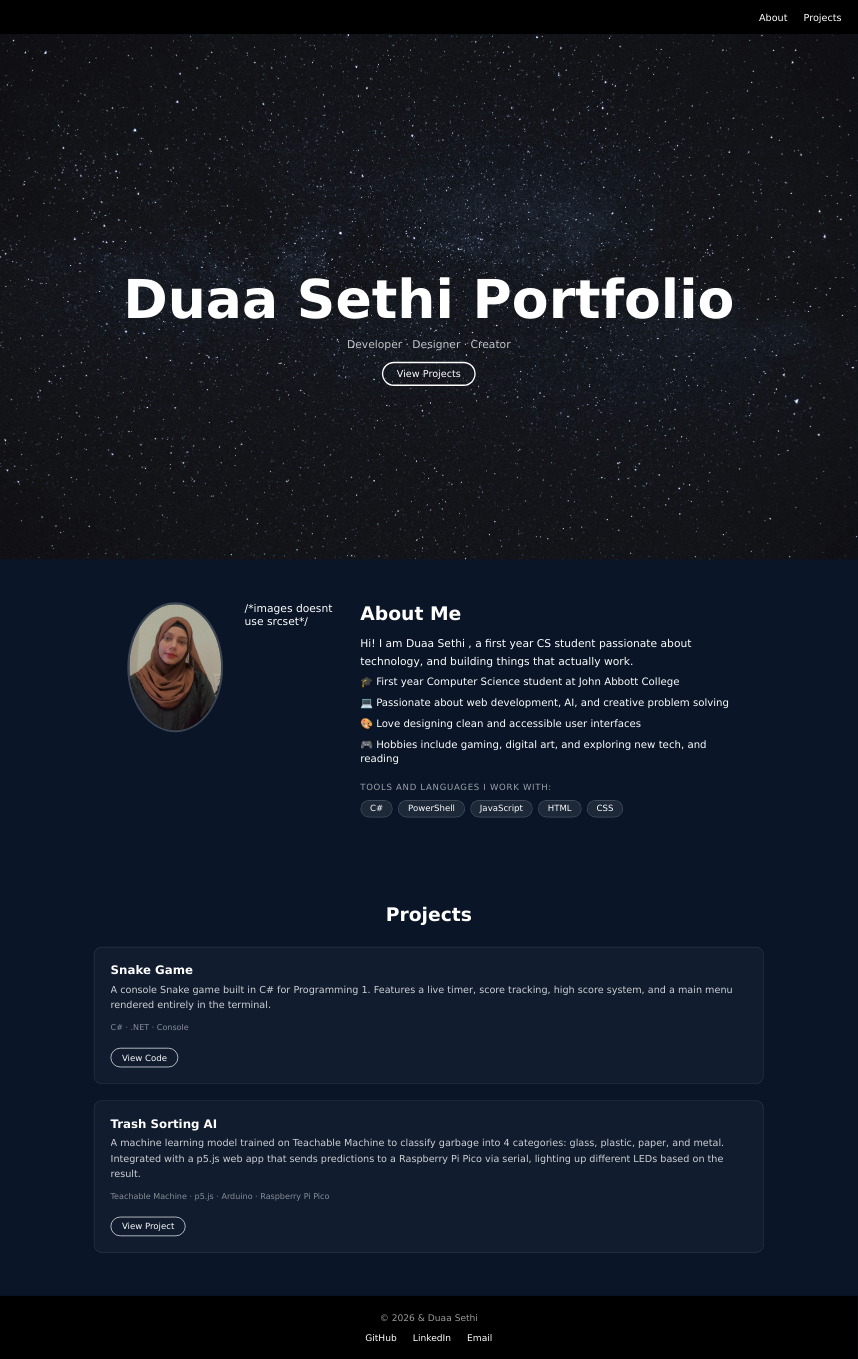
Repository: Duaa-Sethi/Duaa-Sethi
Page: index.html
An editor plug-in stored every save of this project. The page is shown before and after the next save, followed by the edit.
The browser window is 1280 px wide. The pictures show the whole page, at 67% of full size.
Some web fonts or font styles are not loaded; a fallback is used.

Above is the page before, as saved 2026-05-06 12:56:05.

### index.html
<!doctype html>
<html lang="en">
  <head>
    <meta charset="UTF-8" />
    <meta name="viewport" content="width=device-width, initial-scale=1.0" />
    <title>Dua Portfolio</title>
    <link rel="stylesheet" href="./styles/index.css" />
    <link rel="stylesheet" href="./styles/globals.css" />
  </head>
  <body>
    <!-- NAV -->
    <nav>
      <ul>
        <li><a href="#about">About</a></li>
        <li><a href="#projects">Projects</a></li>
      </ul>
    </nav>

    <!-- HERO -->
    <section class="hero">
      <article>
        <h1>Duaa Sethi Portfolio</h1>
        <p>Developer · Designer · Creator</p>
        <a href="#projects">View Projects</a>
      </article>
    </section>

    <!-- ABOUT -->
    <section class="about" id="about">
      <img src="./assets/images/Dua Sethi.jpeg" alt="Photo of Duaa Sethi" /> /*images doesnt use srcset*/
      <div class="about-text">
        <h2>About Me</h2>
        <p class="about-intro">
          Hi! I am Duaa Sethi , a first year CS student passionate about
          technology, and building things that actually work.
        </p>

        <ul class="about-list">
          <li>🎓 First year Computer Science student at John Abbott College</li>
          <li>
            💻 Passionate about web development, AI, and creative problem
            solving
          </li>
          <li>🎨 Love designing clean and accessible user interfaces</li>
          <li>
            🎮 Hobbies include gaming, digital art, and exploring new tech, and
            reading
          </li>
        </ul>

        <p class="tools-label">Tools and languages I work with:</p>
        <ul class="tools-list">
          <li>C#</li>
          <li>PowerShell</li>
          <li>JavaScript</li>
          <li>HTML</li>
          <li>CSS</li>
        </ul>
      </div>
    </section>

    <!-- PROJECTS -->
    <section class="projects" id="projects">
      <h2>Projects</h2>
      <div class="cards">
        <article class="card">
          <h3>Snake Game</h3>
          <p>
            A console Snake game built in C# for Programming 1. Features a live
            timer, score tracking, high score system, and a main menu rendered
            entirely in the terminal.
          </p>
          <p class="tech">C# · .NET · Console</p>
          <a
            href="https://github.com/Duaa-Sethi/Programming1-project-Dua-Sethi"
            target="_blank"
            >View Code</a
          >
        </article>
        <article class="card">
          <h3>Trash Sorting AI</h3>
          <p>
            A machine learning model trained on Teachable Machine to classify
            garbage into 4 categories: glass, plastic, paper, and metal.
            Integrated with a p5.js web app that sends predictions to a
            Raspberry Pi Pico via serial, lighting up different LEDs based on
            the result.
          </p>
          <p class="tech">
            Teachable Machine · p5.js · Arduino · Raspberry Pi Pico
          </p>
          <a
            href="https://editor.p5js.org/duairfansethi/full/mdRLpCkG2"
            target="_blank"
            >View Project</a
          >
        </article>
      </div>
    </section>

    <footer>
      <p>© 2026 & Duaa Sethi</p>
      <ul class="footer-links">
        <li><a href="https://github.com/Duaa-Sethi">GitHub</a></li>
        <li>
          <a
            href="https://www.linkedin.com/in/dua-irfan-sethi-32944838b/"
            target="_blank"
            >LinkedIn</a
          >
        </li>
        <li>
          <a href="mailto:duairfansethi@gmail.com">Email</a>
        </li>
      </ul>
    </footer>
  </body>
</html>

### styles/index.css
body {
  background-color: #0a1628;
}

/* Scroll snap — https://developer.mozilla.org/en-US/docs/Web/CSS/Guides/Scroll_snap/Basic_concepts */

html,
body {
  height: 100%;
  overflow: hidden;
}

.scroller {
  height: 100%;
  max-height: 100dvh;
  overflow-x: hidden;
  overflow-y: auto;
  -webkit-overflow-scrolling: touch;
  scroll-snap-type: y mandatory;
  scroll-padding-top: 3.5rem;
}

.scroller section {
  scroll-snap-align: start;
  scroll-snap-stop: always;
  min-height: 100dvh;
  min-height: 100vh;
  box-sizing: border-box;
}

/* NAV */
nav {
  position: sticky;
  top: 0;
  background-color: black;
  padding: 0 1.5rem;
}

nav ul {
  display: flex;
  justify-content: flex-end;
  gap: 1.5rem;
  padding: 1rem 0;
}

nav ul li a {
  font-size: 0.9rem;
}

.hero {
  display: flex;
  align-items: center;
  justify-content: center;
  text-align: center;
  min-height: 100vh;
  padding: 2rem 1.5rem;

  /* dont memorize, copy paste background defs */
  background-image: url(../assets/images/kai-pilger-Ef6iL87-vOA-unsplash.jpg); /* my pictures miss alt */
  background-size: cover;
  background-position: center;
  background-repeat: no-repeat;
}

.hero h1 {
  font-size: 2rem;
  margin-bottom: 0.75rem;
}

.hero p {
  font-size: 1rem;
  opacity: 0.75;
  margin: 0 0 1.5rem 0;
}

.hero a {
  border: 2px solid white;
  padding: 0.5rem 1.25rem;
  border-radius: 20px;
  font-size: 0.9rem;
}

.hero a:hover {
  background-color: white;
  color: #0a1628;
  text-decoration: none;
}

/* ABOUT */
.about {
  display: flex;
  align-items: flex-start;
  gap: 1.5rem;
  padding: 3rem 1.5rem;
  text-align: center;
}

.about img {
  max-width: 25%;
  border-radius: 50%;
  overflow: hidden;
  display: inline-block;
  vertical-align: middle;
  border: 3px solid rgba(255, 255, 255, 0.2);
}

.about h2 {
  font-size: 1.75rem;
  margin-bottom: 1rem;
}

.about p {
  margin: 0 0 0.5rem 0;
  line-height: 1.6;
}
.about-intro {
  display: none;
}

.about-list {
  display: flex;
  flex-direction: column;
  gap: 0.5rem;
  text-align: left;
  margin-bottom: 1.25rem;
}

.about-list li {
  font-size: 0.95rem;
  line-height: 1.5;
}

.tools-label {
  font-size: 0.8rem;
  opacity: 0.6;
  text-transform: uppercase;
  letter-spacing: 0.08em;
  text-align: left;
  margin-bottom: 0.5rem;
}

.tools-list {
  display: flex;
  flex-wrap: wrap;
  gap: 0.5rem;
  text-align: left;
}

.tools-list li {
  background-color: rgba(255, 255, 255, 0.08);
  border: 1px solid rgba(255, 255, 255, 0.2);
  border-radius: 20px;
  padding: 0.3rem 0.85rem;
  font-size: 0.8rem;
}
/* PROJECTS */
.projects {
  padding: 4rem 1.5rem;
  text-align: center;
}
.projects h2 {
  font-size: 1.75rem;
  margin-bottom: 2rem;
}

.cards {
  display: flex;
  flex-direction: column;
  gap: 1.5rem;
}
.card {
  background-color: #111c2e;
  border: 1px solid rgba(255, 255, 255, 0.1);
  border-radius: 12px;
  padding: 1.5rem;
  text-align: left;
}

.card:hover {
  border-color: rgba(255, 255, 255, 0.4);
}

.card h3 {
  font-size: 1.1rem;
  margin-bottom: 0.5rem;
}

.card p {
  font-size: 0.9rem;
  line-height: 1.6;
  opacity: 0.8;
  margin: 0 0 0.5rem 0;
}

.card .tech {
  font-size: 0.75rem;
  opacity: 0.5;
  margin: 0.75rem 0;
}

.card a {
  display: inline-block;
  border: 1px solid white;
  padding: 0.4rem 1rem;
  border-radius: 20px;
  font-size: 0.8rem;
  margin-top: 0.5rem;
}

.card a:hover {
  background-color: white;
  color: #0a1628;
  text-decoration: none;
}

/* FOOTER */

footer {
  text-align: center;
  padding: 1.5rem;
  background-color: black;
}
footer p {
  font-size: 0.85rem;
  opacity: 0.6;
  margin: 0 0 0.75rem 0;
}

.footer-links {
  display: flex;
  justify-content: center;
  gap: 1.5rem;
}

.footer-links a {
  font-size: 0.85rem;
}

/* Tablet and up — document scroll, no snap */
@media (min-width: 600px) {
  html,
  body {
    height: auto;
    overflow: visible;
  }

  .scroller {
    height: auto;
    min-height: 100vh;
    max-height: none;
    overflow-x: hidden;
    overflow-y: visible;
    -webkit-overflow-scrolling: auto;
    scroll-snap-type: none;
    scroll-padding-top: 0;
  }

  .scroller section {
    scroll-snap-align: none;
    scroll-snap-stop: normal;
  }

  .scroller section:not(.hero) {
    min-height: 0;
  }

  .hero h1 {
    font-size: 4rem;
  }
  .about-intro {
    display: block;
  }

  .about {
    flex-direction: row;
    align-items: flex-start;
    text-align: left;
    max-width: 800px; /*width uses %*/
    margin: 0 auto;
    padding: 4rem 1.5rem;
    gap: 2rem;
  }
  .about img {
    width: 25%;
    max-width: 200px; /*width uses %*/
  }
  .cards {
    flex-direction: row;
    flex-wrap: wrap;
    justify-content: center;
  }
}

@media (min-width: 992px) {
  .hero h1 {
    font-size: 5rem;
  }
  .projects {
    max-width: 1000px;
    margin: 0 auto;
  }

  .about {
    max-width: 900px;
  }
}

### styles/globals.css
/* FONT DEFS */
@font-face {
  font-family: "main font";
  src: url(../assets/fonts/NewsCycle-Regular.ttf);
}

/* CROSS PAGE STYLES */
body {
  font-family: "main font", Verdana, sans-serif;
  color: white;
  margin: 0;
}

h1 {
  font-weight: bold;
  font-size: 1.5rem; /* too small for desktop*/
}

a {
  text-decoration: none;
  color: white;
}
h2,
h3 {
  margin: 0;
}
a:hover {
  text-decoration: underline;
}
ul {
  list-style: none;
  padding: 0;
  margin: 0;
}

After the next save:
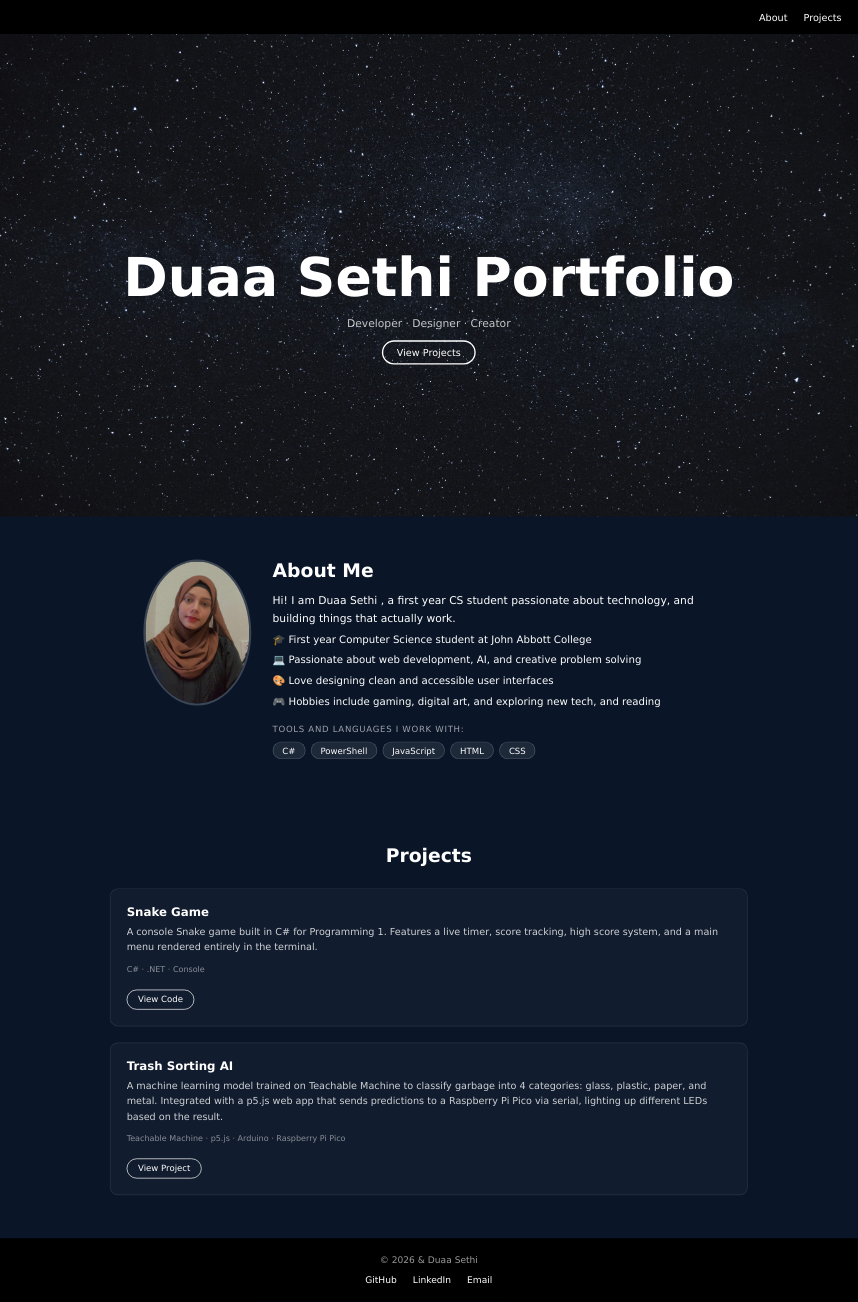
Saved 4 min 40 s later.
--- a/index.html
+++ b/index.html
@@ -7,7 +7,7 @@
     <link rel="stylesheet" href="./styles/index.css" />
     <link rel="stylesheet" href="./styles/globals.css" />
   </head>
-  <body>
+  <body class="scroller">
     <!-- NAV -->
     <nav>
       <ul>
@@ -27,7 +27,7 @@
 
     <!-- ABOUT -->
     <section class="about" id="about">
-      <img src="./assets/images/Dua Sethi.jpeg" alt="Photo of Duaa Sethi" /> /*images doesnt use srcset*/
+      <img src="./assets/images/Dua Sethi.jpeg" alt="Photo of Duaa Sethi" />
       <div class="about-text">
         <h2>About Me</h2>
         <p class="about-intro">
